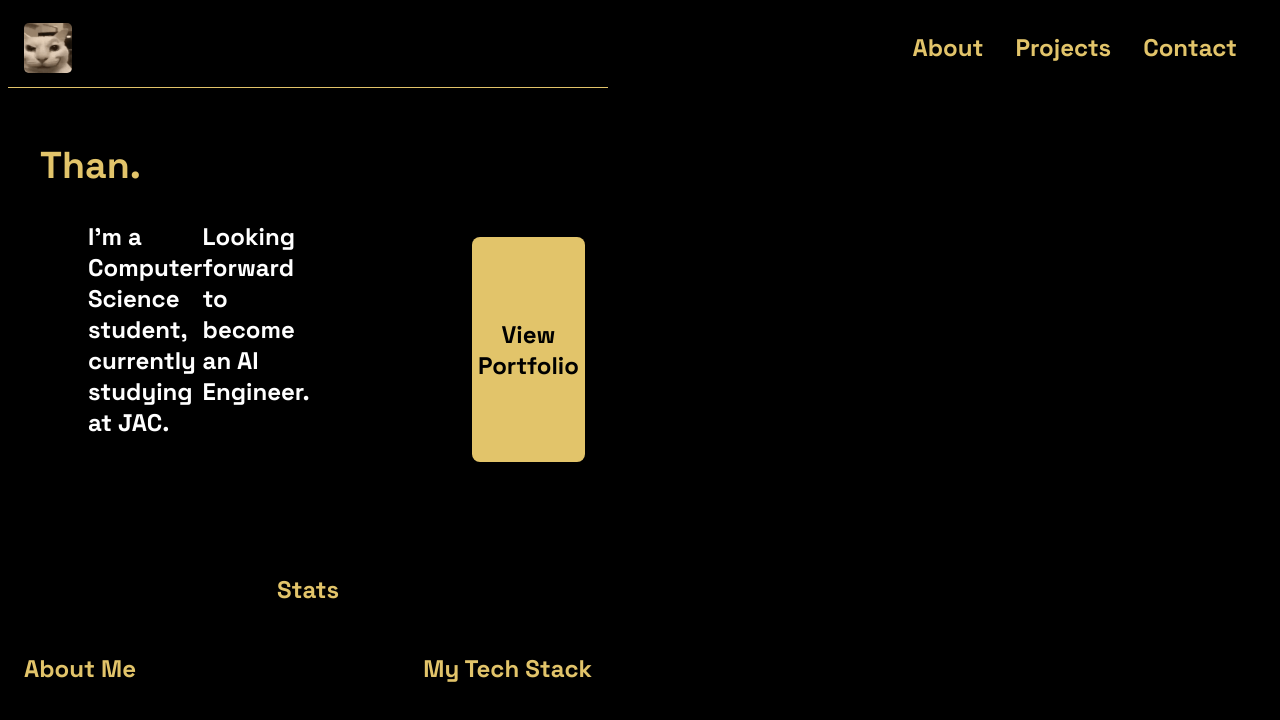
Repository: Than-dot/Than-dot
Page: index.html
These files come from the project's save history. The page is drawn as it stood at one moment and after the next save; the edit follows.
The browser window is 1280 px wide. The pictures show the whole page.

Above is the page before, as saved 2026-05-06 12:49:16.

### index.html
<!doctype html>
<html lang="en">
  <head>
    <meta charset="UTF-8" />
    <meta name="viewport" content="width=device-width, initial-scale=1.0" />
    <title>Than</title>
    <link rel="stylesheet" href="styles/global.css" />
    <link rel="stylesheet" href="styles/index.css" />
  </head>

  <body>
    <header>
      <nav>
        <img src="./assets/images/uncanny-cat-freaky.png" alt="cat" />
        <ul class="nav-center">
          <li>About</li>
          <li>Projects</li>
          <li>Contact</li>
        </ul>
      </nav>
    </header>
    <main>
      <section class="container1">
        <article class="f-art"><h1>Than.</h1></article>
        <aside class="f-asi">
          <p>I'm a Computer Science student, currently studying at JAC.</p>
          <p>Looking forward to become an AI Engineer.</p>
          <button>View Portfolio</button>
        </aside>
        <article class="stats">Stats</article>
      </section>
    </main>
    <section class="container2">
      <aside class="s-asi">About Me</aside>
      <article class="s-art">My Tech Stack</article>
    </section>
  </body>
</html>

### styles/global.css
@font-face {
  font-family: Space-Grotesk;
  src: url(/assets/font/Space_Grotesk/SpaceGrotesk-VariableFont_wght.ttf);
}

body {
  font-family: Space-Grotesk, sans-serif;
  font-weight: bold;
  font-size: 1.5rem;
}

button {
  font-family: Space-Grotesk, sans-serif;
  font-weight: bold;
  font-size: 1.5rem;
}

.f-art {
  font-size: 2rem;
}

### styles/index.css
body {
  width: 100%;
  max-width: 600px;
  background-color: black;
  color: #e2c46a;
}
.container1 {
  display: flex;
  flex-direction: column;
}

.f-art {
  margin: 2rem;
  margin-top: 1rem;
}

.f-asi {
  display: grid;
  margin-top: 0;
  justify-content: space-between;
}

p {
  margin: 0;
  margin-bottom: 1.5rem;
  color: white;
}

.stats {
  text-align: center;
  margin: 2rem;
}

.s-art {
}

.s-asi {
}

.container2 {
  display: flex;
  flex-direction: row;
  justify-content: space-between;
  margin: 1rem;
}

button {
  border-radius: 8px;
  border: none;
  max-width: 10rem;
  margin-left: 36.9%;
  margin-top: 1rem;
  background-color: #e2c46a;
}

img {
  height: 50px;
  width: auto;
  margin-left: 1rem;
  border-radius: 10%;
}

.nav-center {
  display: flex;
  gap: 32px;
  list-style: none;
  margin-left: 10rem;
}

nav {
  align-items: center;
  display: flex;
  border-bottom: 1px solid #e2c46a;
}

h1 {
  margin-bottom: 0;
}

@media screen and (min-width: 700px) {
  body {
    width: 100%;
  }
  .nav-center {
    display: flex;
    gap: 32px;
    list-style: none;
    margin-left: 50rem;
  }
  .f-asi {
    display: grid;
    margin-top: 0;
    justify-content: space-between;
  }
  .f-asi {
    display: flex;
    margin: 5rem;
    margin-top: 0;
    justify-content: space-between;
  }
}

After the next save:
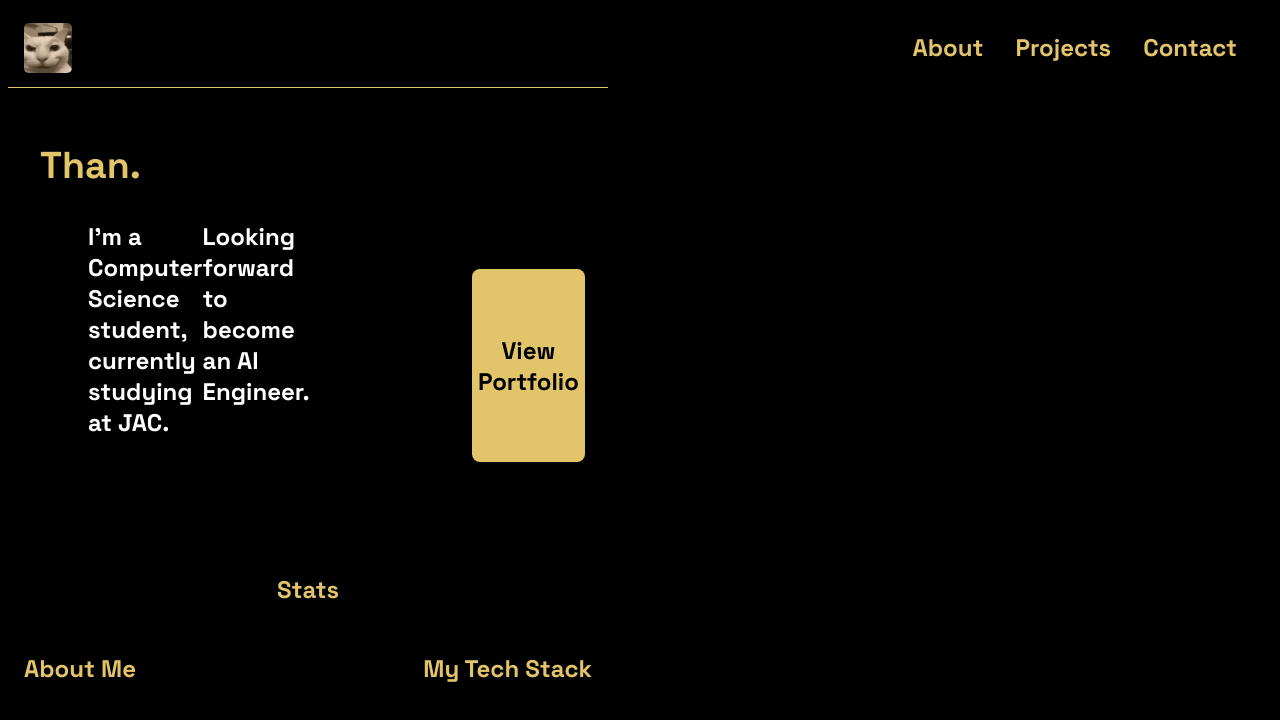
Saved 6 s later.
--- a/styles/index.css
+++ b/styles/index.css
@@ -49,7 +49,7 @@ button {
   border: none;
   max-width: 10rem;
   margin-left: 36.9%;
-  margin-top: 1rem;
+  margin-top: 3rem;
   background-color: #e2c46a;
 }
 
